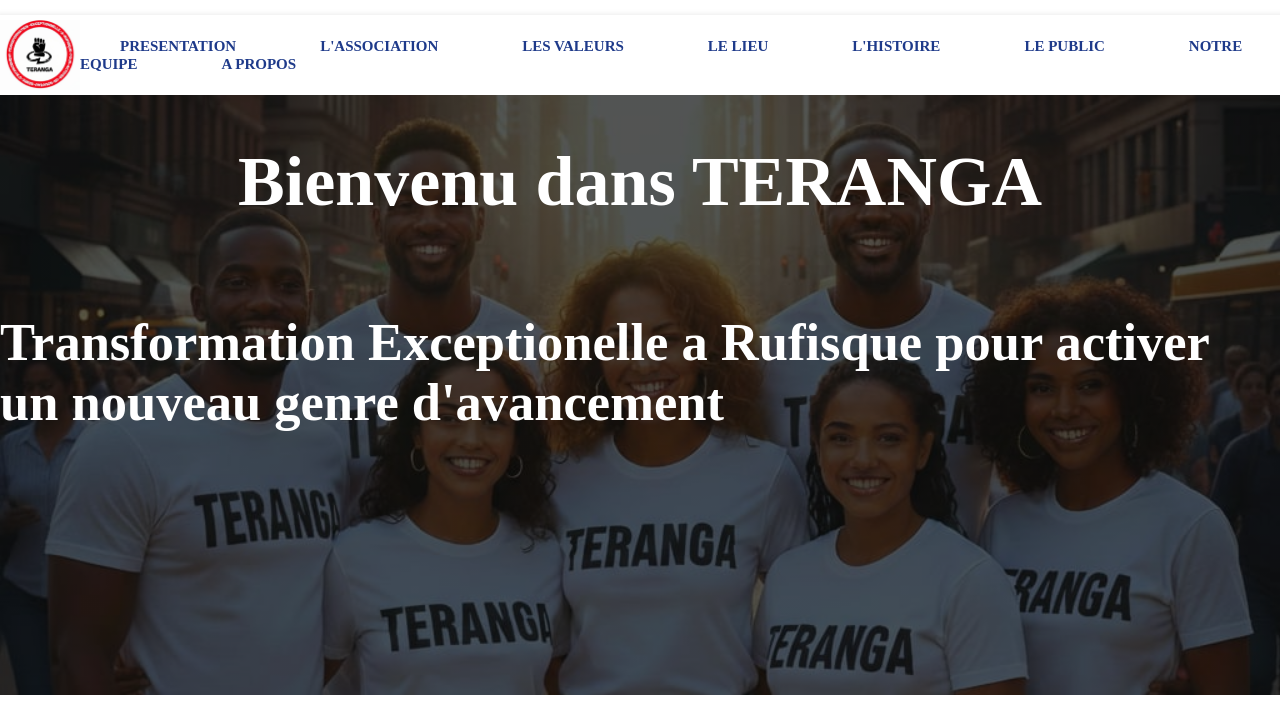
Repository: assanendao171/projet-teranga
Page: presentation.html
An editor plug-in stored every save of this project. The page is shown before and after a run of saves, followed by the edit.
The browser window is 1280 px wide. The pictures show the whole page.

Above is the page before, as saved 2026-02-11 12:16:25.

### presentation.html
<!DOCTYPE html>
<html lang="en">
<head>
    <meta charset="UTF-8">
    <meta name="viewport" content="width=device-width, initial-scale=1.0">
    <title>Document</title>
    <link rel="stylesheet" href="presentation.css">
</head>
<body>
<!-- l'entete -->
 <header>
        <!-- logo -->
<img src="image/logo.jpeg" alt="" class="logo">
<div class="btn-nav">

    <nav>

<a href="presentation.html" target="_blank">PRESENTATION</a>
<a href="association.html" target="_blank">L'ASSOCIATION</a>
<a href="valeur.html" target="_blank">LES VALEURS</a>
<a href="lieu.html" target="_blank">LE LIEU</a>
<a href="histoire.html" target="_blank">L'HISTOIRE</a>
<a href="public.html" target="_blank">LE PUBLIC</a>
<a href="equipe.html" target="_blank">NOTRE EQUIPE</a>
<a href="propos.html" target="_blank">A PROPOS</a>
    </nav>
</div>
 </header>
 <!-- le hero -->
  <div class="hero">
<div class="texte-accrosse">
    <h1>Bienvenu dans TERANGA</h1>
    <h2>Transformation Exceptionelle a Rufisque pour activer un nouveau genre d'avancement </h2>
</div>
  </div>
 <!-- le corps -->
  <main></main>
  <!-- le pieds -->
   <footer></footer>
</body>
</html>

### presentation.css
body{
    margin: 15px 0 5px 0;
}
header{
width: 100%;
height: 80px;
background-color: #FFFFFF;
box-shadow: 2px 6px 6px 6px rgba(0, 0, 0, 0.1);
display: flex;
align-items: center;
justify-content: center;
}
nav a{
    margin: 40px;
    color: #1E3A8A;
    text-decoration: none;
    font-size: 15px;
    font-weight:900;
}
nav a:hover{
    text-decoration: underline;
}
.logo{
    width: 80px;
left: 10px;
}
.hero{
  width:100%;
  height:600px ;
  background-image:
    linear-gradient(rgba(0, 0, 0, 0.6), rgba(0, 0, 0, 0.6)),
    url("image/background.jpeg");
  background-size: cover;
  background-position: top;
  background-repeat: no-repeat;
}
.texte-accrosse{
display: flex;
flex-direction: column;
justify-content: center;
align-items: center;
color: rgb(255, 255, 255);
font-size: 35px;
}

After the next 3 saves:
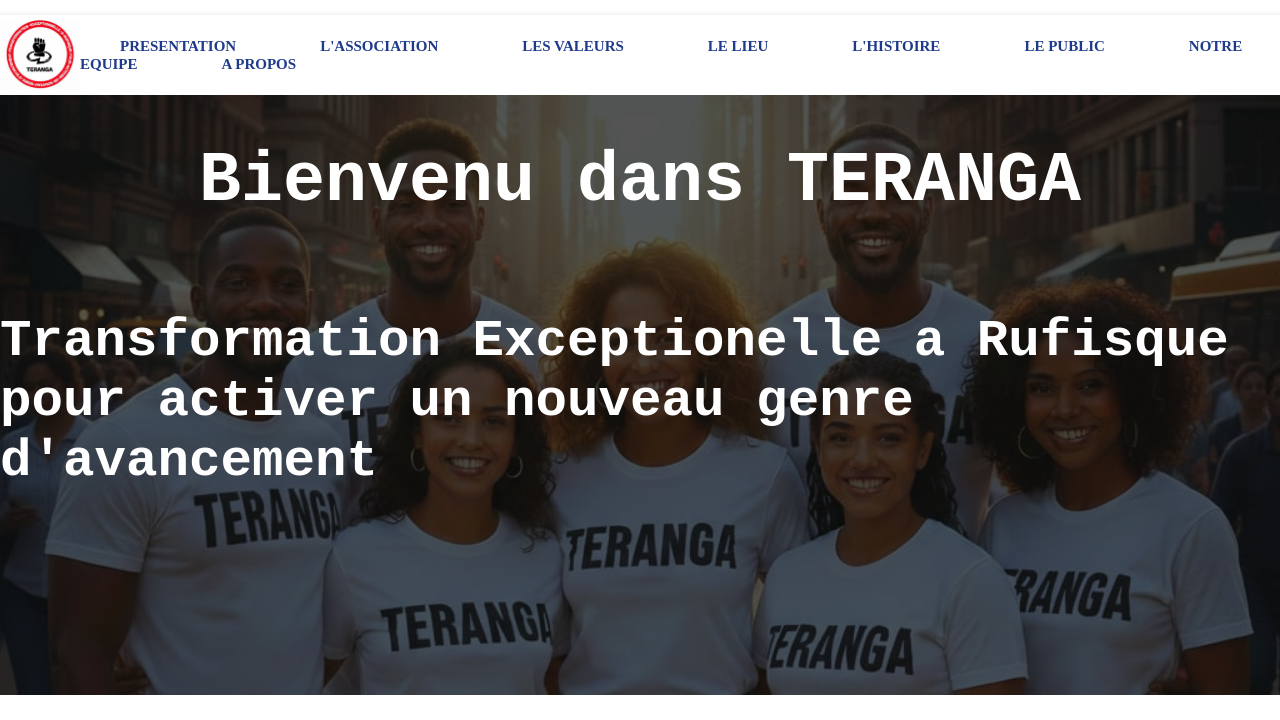
The 3 saves are shown as one change because they came seconds apart.
The last was saved 70 s later.
--- a/presentation.css
+++ b/presentation.css
@@ -41,4 +41,5 @@ justify-content: center;
 align-items: center;
 color: rgb(255, 255, 255);
 font-size: 35px;
+font-family: 'Courier New', Courier, monospace;
 }
